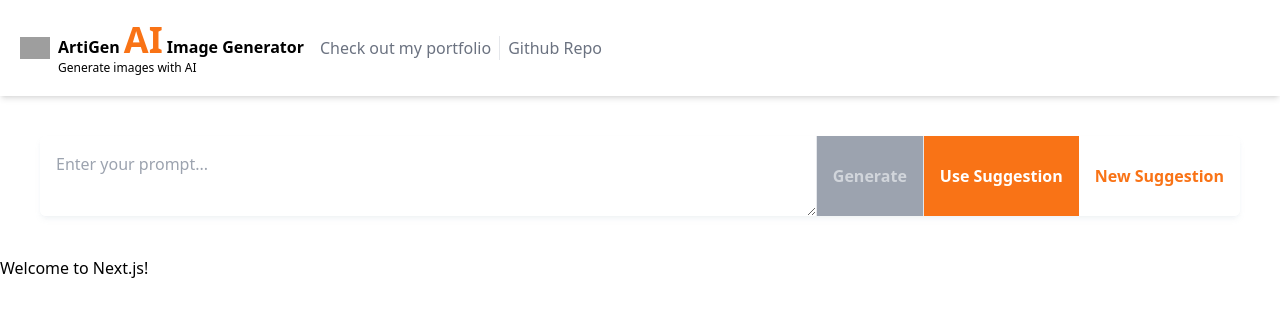
Repository: AlgoHussle/image-generator
Page: /
An editor plug-in stored every save of this project. The page is shown before and after the next save, followed by the edit.
The browser window is 1280 px wide. The pictures show the whole page.
Pictures or frames that could not be fetched are drawn as grey boxes. The project was rebuilt for these pictures with package versions that can differ from the ones it lists, and the page was loaded fresh each time. The framework's server and built-in components were replaced by stand-ins that run in the browser. Also part of the build but not shown: next.config.js.

Above is the page before, as saved 2023-04-26 13:48:04.

### app/layout.tsx
import Header from '@/components/Header'
import PromptInput from '@/components/PromptInput'

import '../styles/globals.css'



export const metadata = {
  title: 'Create Next App',
  description: 'Generated by create next app',
}

export default function RootLayout({
  children,
}: {
  children: React.ReactNode
}) {
  return (
    <html lang="en">
      <body className="">
        <Header />

        {/* Prompt Input */}
        <PromptInput />

        {children}
      </body>
    </html>
  )
}

### app/page.tsx


export default function Home() {
  return (
    <main className="">
      <h1 className="">Welcome to Next.js!</h1>
    </main>
  )
}

### components/Header.tsx
import Image from "next/image"
import logo from "app/logo.png" ;
import Link from "next/link";

function Header() {
  return (
    <header className="flex p-5 justify-between sticky top-0 bg-white z-50 shadow-md">
        {/* Left */}
        <div className="flex space-x-2 items-center">
            <Image
                src="https://links.papareact.com/4t3"
                width={30}
                height={30}
                alt="logo"

            />

            <div>
                <h1 className="font-bold">
                    ArtiGen <span className="text-4xl text-orange-500">AI</span> Image Generator
                </h1>
                <h2 className="text-xs">
                    Generate images with AI
                </h2>
            </div>
            {/* Right*/}
            <div className="flex text-sm md:text-base divide-x items-center text-gray-500">
                <Link
                href="https://mikepage.vercel.app/"
                className="px-2 font-light text-right"
                >
                Check out my portfolio
                </Link>
                <Link
                href="https://github.com/AlgoHussle/image-generator"
                className="px-2 font-light text-right"
                >
                Github Repo
                </Link>
            </div>
        </div>
    </header>
  )
}

export default Header

### components/PromptInput.tsx
'use client'
import { useState } from "react"

function PromptInput() {
    const [input, setInput] = useState("");

  return (
    <div className="m-10">
        <form className="flex flex-col lg:flex-row shadow-md shadow-slate-400/10 rounded-md lg:divide-x">
            <textarea
            value={input}
            onChange={(e) => setInput(e.target.value)}
            placeholder="Enter your prompt..."
            className="flex-1 p-4 outline-none rounded-md" />
            <button
                type="submit"
                disabled={!input}
                className={`p-4 font-bold ${input ? 'bg-orange-500 text-white transition-colors duration-200'
                    : 'bg-gray-400 text-gray-300 cursor-not-allowed'}'}`}
            >
                Generate
            </button>
            <button
                type="button"
                className="p-4 bg-orange-500 text-white transition-colors duration-200 font-bold
                disabled:text-gray-300 disabled:cursor-not-allowed disabled:bg-gray-400"
                >
                    Use Suggestion
            </button>
            <button
                type="button"
                className="p-4 bg-white text-orange-500 border-none transition-colors duration-200
                rounded-b-md md:rounded-r-md md:rounded-bl-none font-bold  "
            >
                New Suggestion
            </button>
        </form>
    </div>
  )
}

export default PromptInput

### tailwind.config.js
/** @type {import('tailwindcss').Config} */
module.exports = {
  content: [
    './pages/**/*.{js,ts,jsx,tsx,mdx}',
    './components/**/*.{js,ts,jsx,tsx,mdx}',
    './app/**/*.{js,ts,jsx,tsx,mdx}',
  ],
  theme: {
    extend: {
      backgroundImage: {
        'gradient-radial': 'radial-gradient(var(--tw-gradient-stops))',
        'gradient-conic': 'conic-gradient(from 180deg at 50% 50%, var(--tw-gradient-stops))',
        'linear-gradient': 'linear-gradient(to right, rgb(134, 239, 172), rgb(59, 130, 246), rgb(147, 51, 234))',
      },
    },
  },
  plugins: [],
}

Loaded but not shown: styles/globals.css (common file)

After the next save:
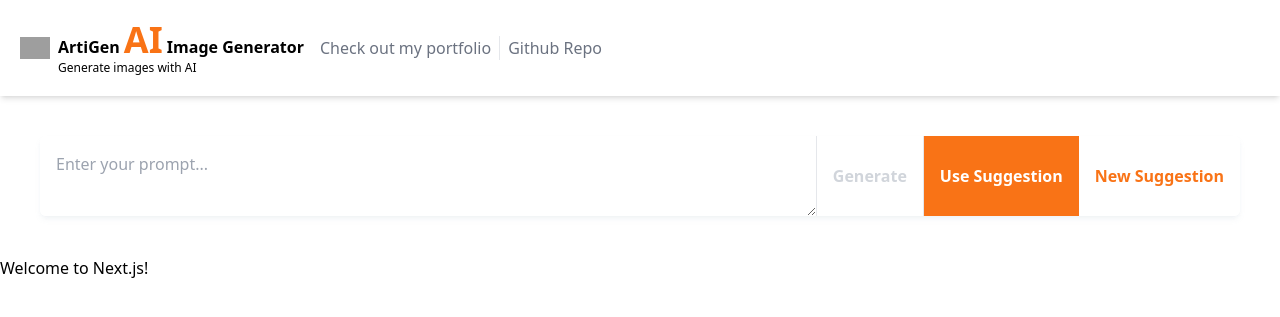
Saved 25 s later.
--- a/components/PromptInput.tsx
+++ b/components/PromptInput.tsx
@@ -16,7 +16,7 @@ function PromptInput() {
                 type="submit"
                 disabled={!input}
                 className={`p-4 font-bold ${input ? 'bg-orange-500 text-white transition-colors duration-200'
-                    : 'bg-gray-400 text-gray-300 cursor-not-allowed'}'}`}
+                    : ' text-gray-300 cursor-not-allowed'}'}`}
             >
                 Generate
             </button>
